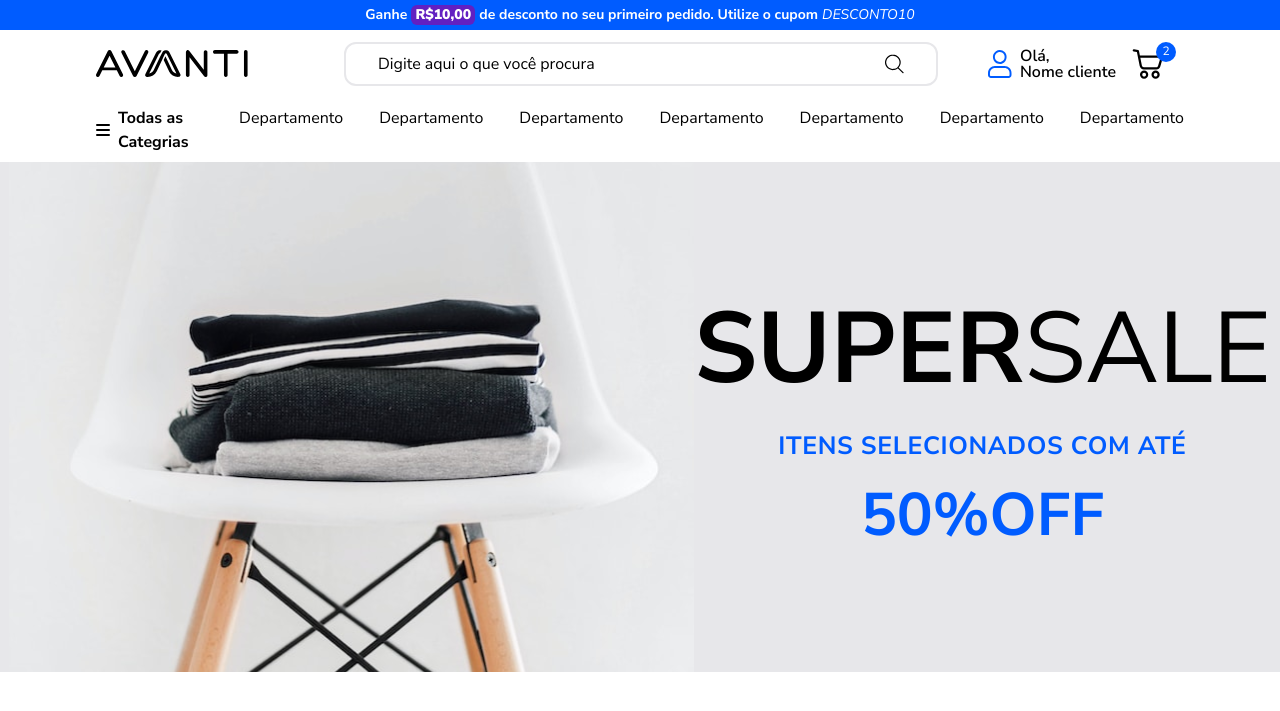
Repository: chidekina/avanti-01
Page: index.html
These files come from the project's save history. The page is drawn as it stood at one moment and after the next save; the edit follows.
The browser window is 1280 px wide. The pictures show the whole page.

Above is the page before, as saved 2025-04-04 14:35:58.

### index.html
<!DOCTYPE html>
<html lang="en">
  <head>
    <meta charset="UTF-8" />
    <meta name="viewport" content="width=device-width, initial-scale=1.0" />
    <script src="https://cdn.jsdelivr.net/npm/@tailwindcss/browser@4"></script>
    <link rel="preconnect" href="https://fonts.googleapis.com">
    <link rel="preconnect" href="https://fonts.gstatic.com" crossorigin>
    <link href="https://fonts.googleapis.com/css2?family=Nunito+Sans:ital,opsz,wght@0,6..12,200..1000;1,6..12,200..1000&family=Nunito:ital,wght@0,200..1000;1,200..1000&display=swap" rel="stylesheet">    <link rel="stylesheet" href="style.css" />
    <title>Avanti</title>
  </head>
  <body>
    <header class="mb-2">
      <h1 class="flex justify-center items-center bg-(--primary-color) text-white text-sm h-[30px] font-bold">
        Ganhe
        <b class="flex justify-center mx-1 bg-[#6220C1] heigth-[16px] w-[64px] rounded-md">R$10,00</b>
        de desconto no seu primeiro pedido. Utilize o cupom
        <i class="font-normal ml-1">DESCONTO10</i>
      </h1>
      <div class="mt-3 mb-5 px-24 flex justify-between w-full">
        <div class="flex gap-24">
          <img src="./assets/logo.svg" alt="Avanti Logo" class="w-[152px]" />
          <label>
            <div class="flex justify-between py-2 border-2 border-solid border-(--bg-color) px-8 rounded-xl cursor-text w-[594px]">
              <input type="text" placeholder="Digite aqui o que você procura" class="placeholder-black outline-none focus:placeholder-transparent w-1/2" />
              <img src="./assets/search.svg" />
            </div>
          </label>
        </div>
        <div class="flex gap-4">
          <div class="flex gap-2 items-center">
            <img src="./assets/user.svg" alt="icone do usuario" class="w-[24px]" />
            <h6 class="leading-none font-semibold">
              Olá,<br />
              Nome cliente
            </h6>
          </div>
          <div class="flex">
            <img src="./assets/cart.svg" alt="imagem de um carrinho de compras" class="w-[32px]" />
            <div class="relative bg-(--primary-color) w-[20px] h-[20px] text-center text-white text-[12px] rounded-full right-2">2</div>
          </div>
        </div>
      </div>
      <div class="flex px-24 w-full">
        <ul class="flex gap-9">
            <a href="#">
              <div class="flex gap-2">
                <img src="./assets/menu-hamburger.svg" alt="menu hamburguer" />
                <h5 class="font-bold">Todas as Categrias</h5>
              </div>
            </a>
            <a href="#"> Departamento </a>
            <a href="#"> Departamento </a>
            <a href="#"> Departamento </a>
            <a href="#"> Departamento </a>
            <a href="#"> Departamento </a>
            <a href="#"> Departamento </a>
            <a href="#"> Departamento </a>
        </ul>
      </div>
    </header>
    <main>
      <section class="flex justify-center items-center w-full height-[510px] bg-(--bg-color) font-(--font-secondary)">
        <img src="./assets/chair.svg" alt="Foto de uma cadeira com roupas dobradas em cima" />
        <div class="flex flex-col gap-1 text-center">
          <h1 class="text-[100px]">
            <b>SUPER</b>SALE
          </h1>
          <h4 class="text-[25px] text-(--primary-color) font-bold tracking-wide">
            ITENS SELECIONADOS COM ATÉ
          </h4>
          <h4 class="text-[60px] text-(--primary-color) font-bold">
            50%OFF
          </h4>
        </div>
      </section>
    </main>
  </body>
</html>

### style.css
:root {
    font-family: "Nunito Sans", sans-serif;
    --primary-color: #005CFF;
    --bg-color: #E7E7EA;
    --font-secondary: "Nunito", sans-serif;
}

After the next save:
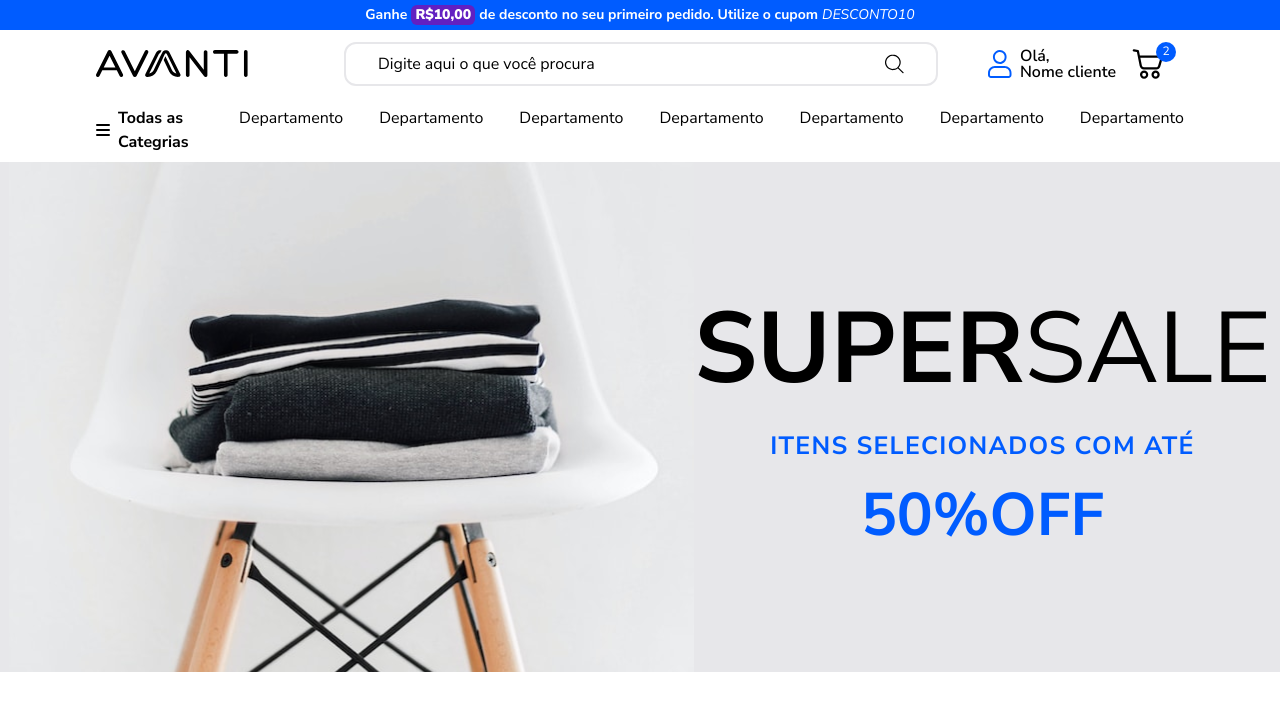
Saved 6 s later.
--- a/index.html
+++ b/index.html
@@ -66,7 +66,7 @@
           <h1 class="text-[100px]">
             <b>SUPER</b>SALE
           </h1>
-          <h4 class="text-[25px] text-(--primary-color) font-bold tracking-wide">
+          <h4 class="text-[25px] text-(--primary-color) font-bold tracking-wider">
             ITENS SELECIONADOS COM ATÉ
           </h4>
           <h4 class="text-[60px] text-(--primary-color) font-bold">
